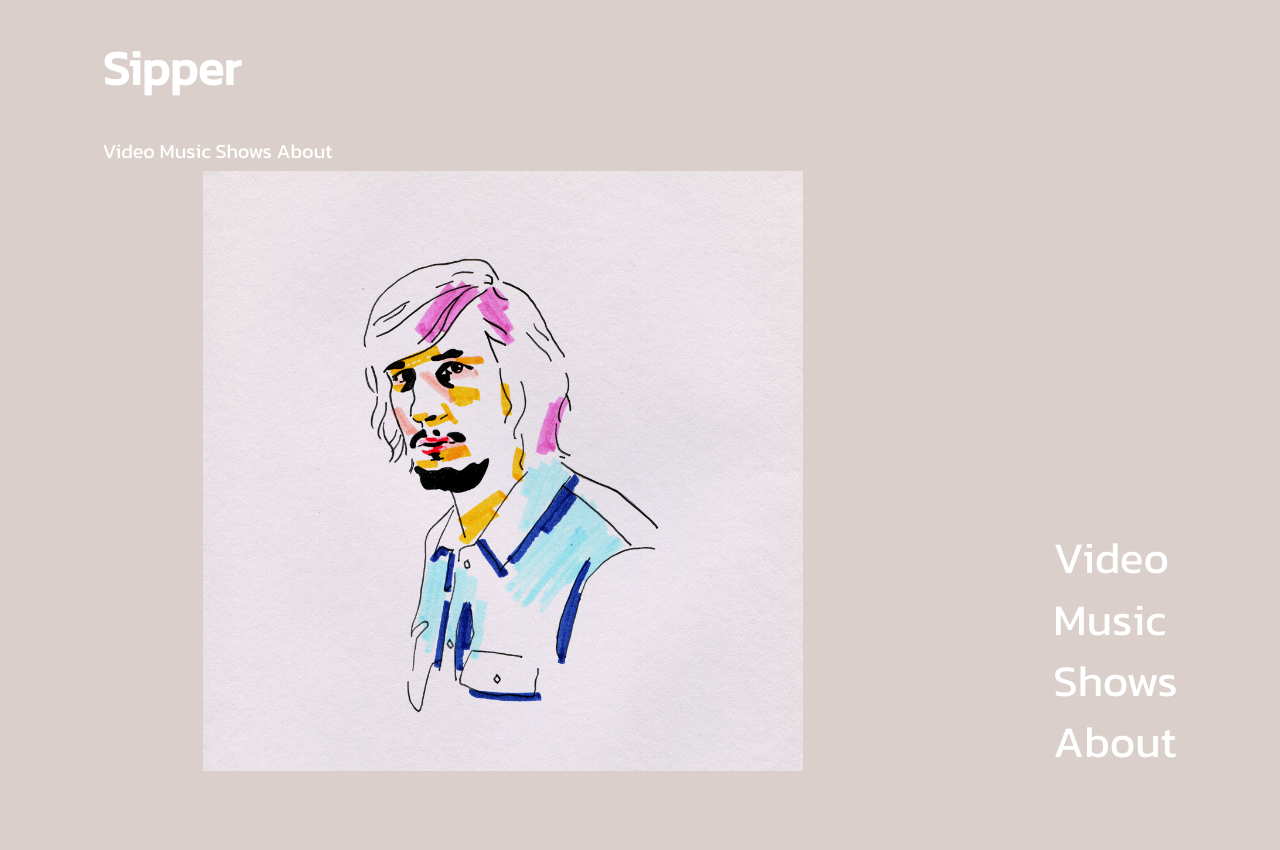
Repository: KrystellBarraza/SipperNYC
Page: home.html
The author's editor kept a copy of each file at every save. The page is drawn from the files as they stood at one save, then again after the next save.
The browser window is 1280 px wide. The pictures show the whole page.
Some web libraries are served in a nearby version.

Above is the page before, as saved 2019-08-16 22:47:53.

After the next save:
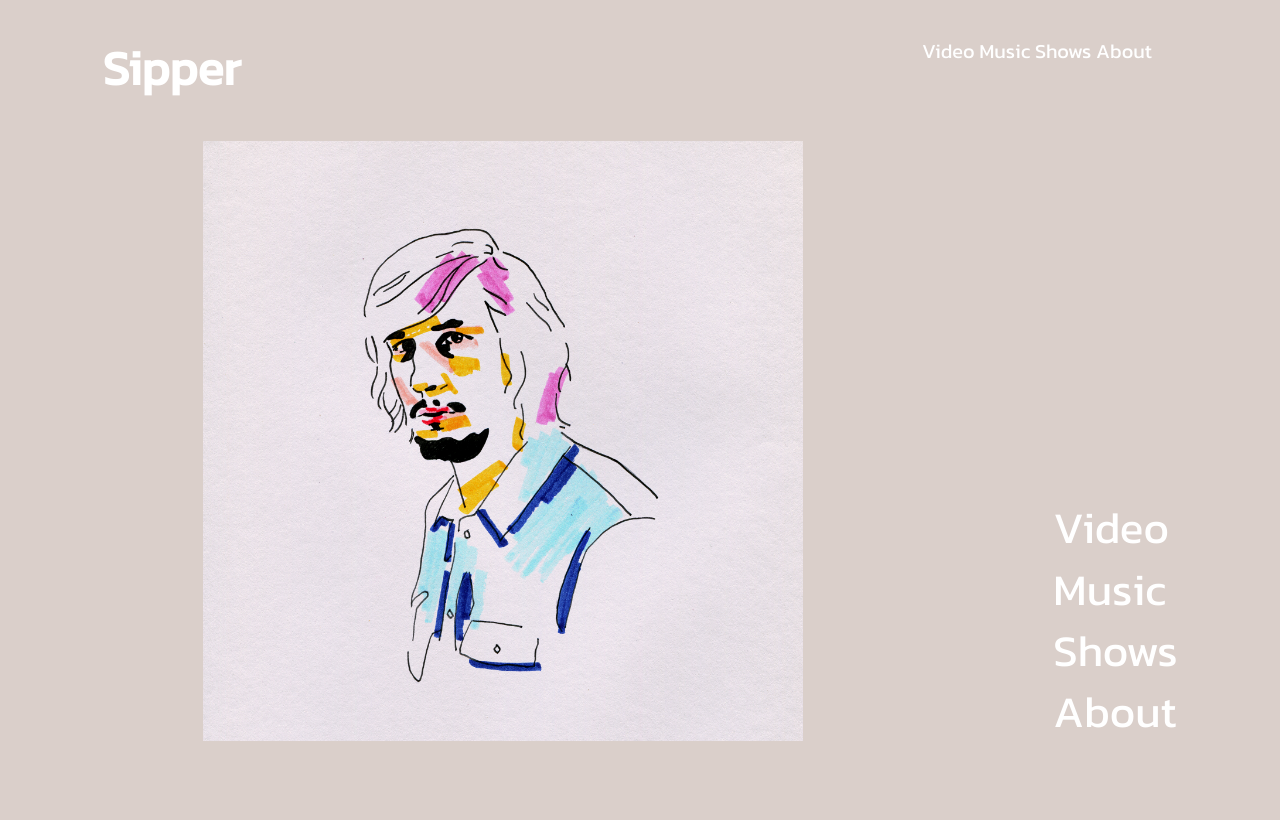
Saved 5 min 40 s later.
--- a/style.css
+++ b/style.css
@@ -55,6 +55,9 @@ a {
 .inlineMenu {
     font-family: 'Kanit', sans-serif;
     font-size: 20px;
+    top: 5%;
+    right: 10%;
+    position: absolute;
 }
 
 /* Toggled Header Nav */
